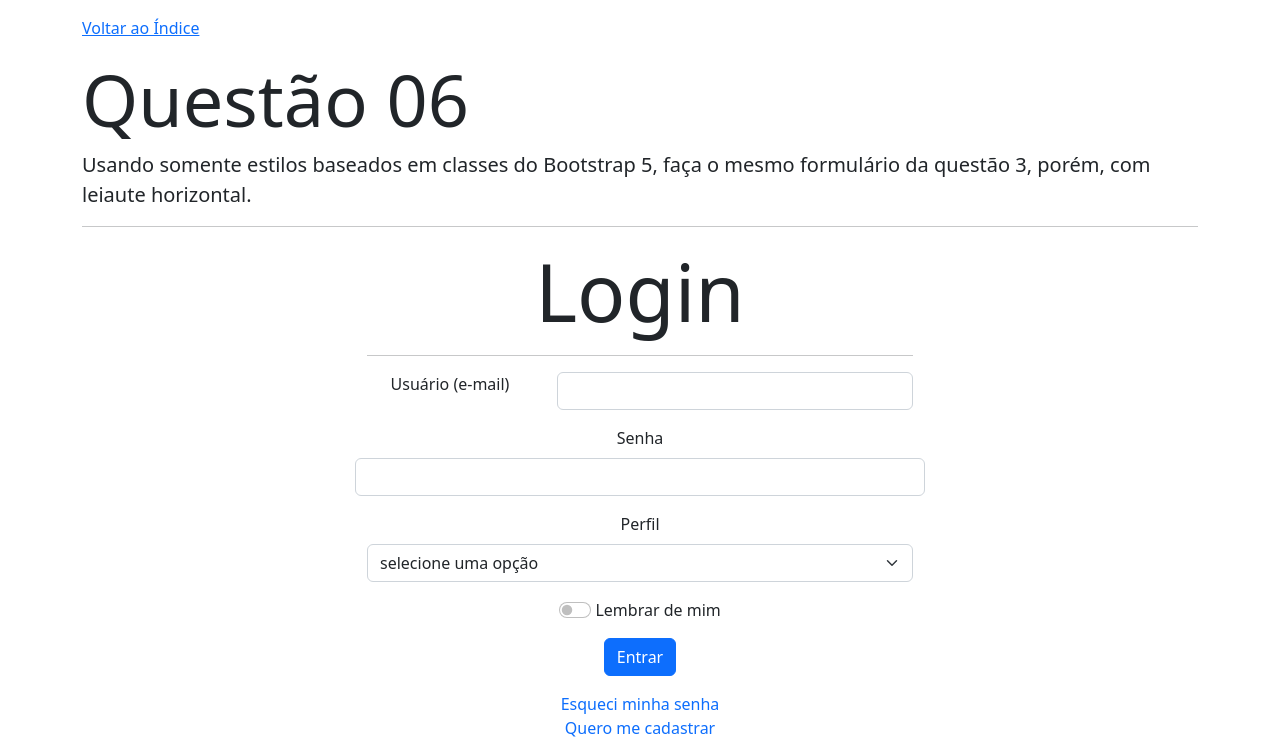
Repository: In-Game-full/Reprograme-se
Page: S-8/Atividade-Pratica-da-Semana-3-do-Replit/questao06.html
These files come from the project's save history. The page is drawn as it stood at one moment and after the next save; the edit follows.
The browser window is 1280 px wide. The pictures show the whole page.

Above is the page before, as saved 2023-09-12 15:09:07.

### S-8/Atividade-Pratica-da-Semana-3-do-Replit/questao06.html
<!DOCTYPE html>
<html lang="pt-br">

<head>
    <meta charset="UTF-8">
    <meta http-equiv="X-UA-Compatible" content="IE=edge">
    <meta name="viewport" content="width=device-width, initial-scale=1.0">
    <link href="https://cdn.jsdelivr.net/npm/bootstrap@5.2.2/dist/css/bootstrap.min.css" rel="stylesheet">
    <link href="https://cdn.jsdelivr.net/npm/bootstrap-icons@1.10.2/font/bootstrap-icons.css" rel="stylesheet">
    <script src="https://cdn.jsdelivr.net/npm/bootstrap@5.2.2/dist/js/bootstrap.bundle.min.js"></script>
    <title>Questão 06</title>
</head>

<body>
    <div class="container my-3">
        <p><a href="index.html">Voltar ao Índice</a></p>
        <h1 class="display-2">Questão 06</h1>
        <p class="lead">Usando somente estilos baseados em classes do Bootstrap 5, faça o mesmo formulário da questão 3,
            porém, com leiaute horizontal.</p>
        <hr>
    </div>
    <!-- Valor: 1.5 pontos -->
    <!-- FAZER AQUI -->
    <div class="container">
        <div class="row justify-content-center">
            <div class="col-6 text-center">
                <h1 class="display-1">Login</h1>
                <hr>
                <form action="">
                    <div class="row mb-3">
                        <div class="col-4">
                        <label for="usuario" cass="col-form-label">Usuário (e-mail)</label>
                        </div>
                        <div class="col">
                            <input type="text" id="usuario" class="form-control">
                        </div>
                    </div>
                    <div class="row mb-3">
                        <div class="col-4"></div>
                        <label for="senha" class="form-label">Senha</label>
                        <input type="text" id="senha" class="form-control">
                    </div>
                    <div>
                        <label for="" class="form-label">Perfil</label>
                        <div class="col mb-3">
                            <select name="" id="" class="form-select form-select">
                                <option value="" selected disabled>selecione uma opção</option>
                                <option value="">Administrador</option>
                                <option value="">Gerente</option>
                                <option value="">Usuário</option>
                            </select>
                        </div>
                    </div>
                    <div class="mb-3 form-switch">
                        <input type="checkbox" id="lembrar" class="form-check-input">
                        <label for="lembrar" class="form-check-label">Lembrar de mim</label>
                    </div>
                    <button type="submit" class="btn btn-primary mb-3">Entrar</button>
                    <div class="mb-0">
                        <a href="#" class="text-decoration-none">Esqueci minha senha</a>
                    </div>
                    <div>
                        <a href="#" class="text-decoration-none">Quero me cadastrar</a>
                    </div>
                </form>
            </div>
        </div>
    </div>
</body>

</html>

After the next save:
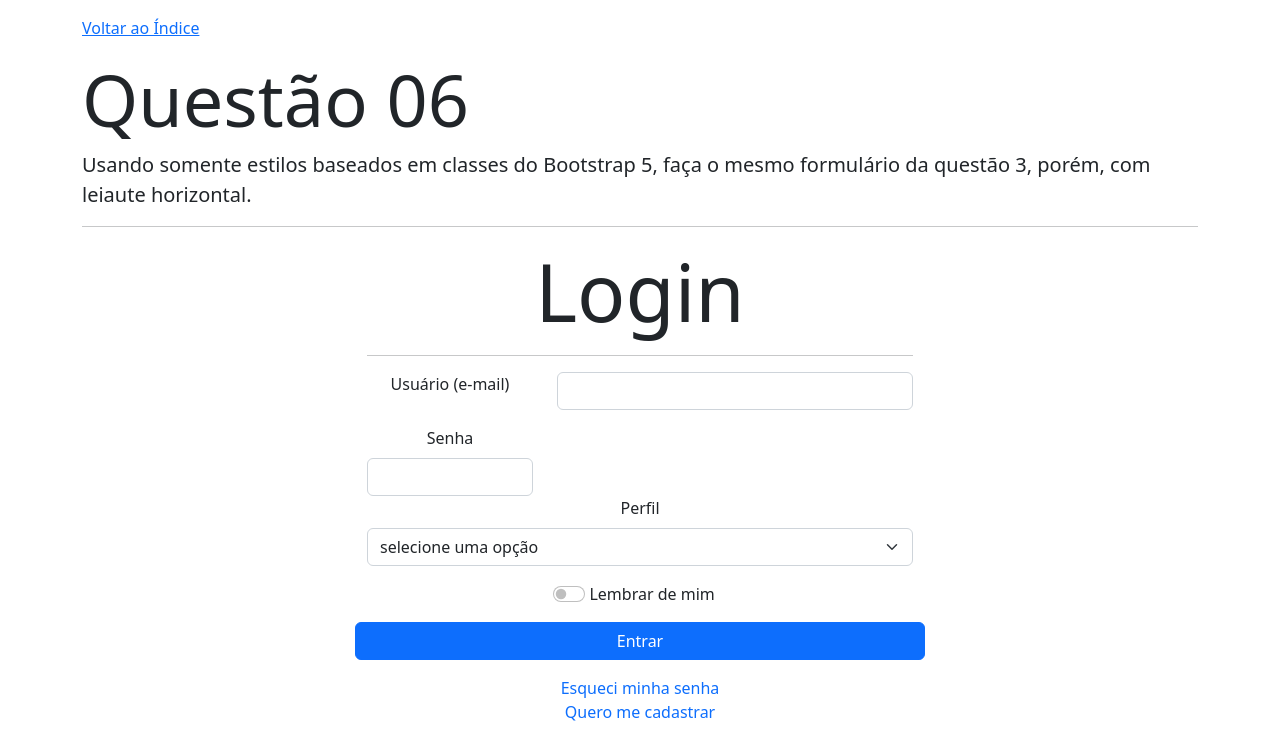
Saved 4 s later.
--- a/S-8/Atividade-Pratica-da-Semana-3-do-Replit/questao06.html
+++ b/S-8/Atividade-Pratica-da-Semana-3-do-Replit/questao06.html
@@ -36,7 +36,7 @@
                         </div>
                     </div>
                     <div class="row mb-3">
-                        <div class="col-4"></div>
+                        <div class="col-4">
                         <label for="senha" class="form-label">Senha</label>
                         <input type="text" id="senha" class="form-control">
                     </div>

After the 2 saves that followed:
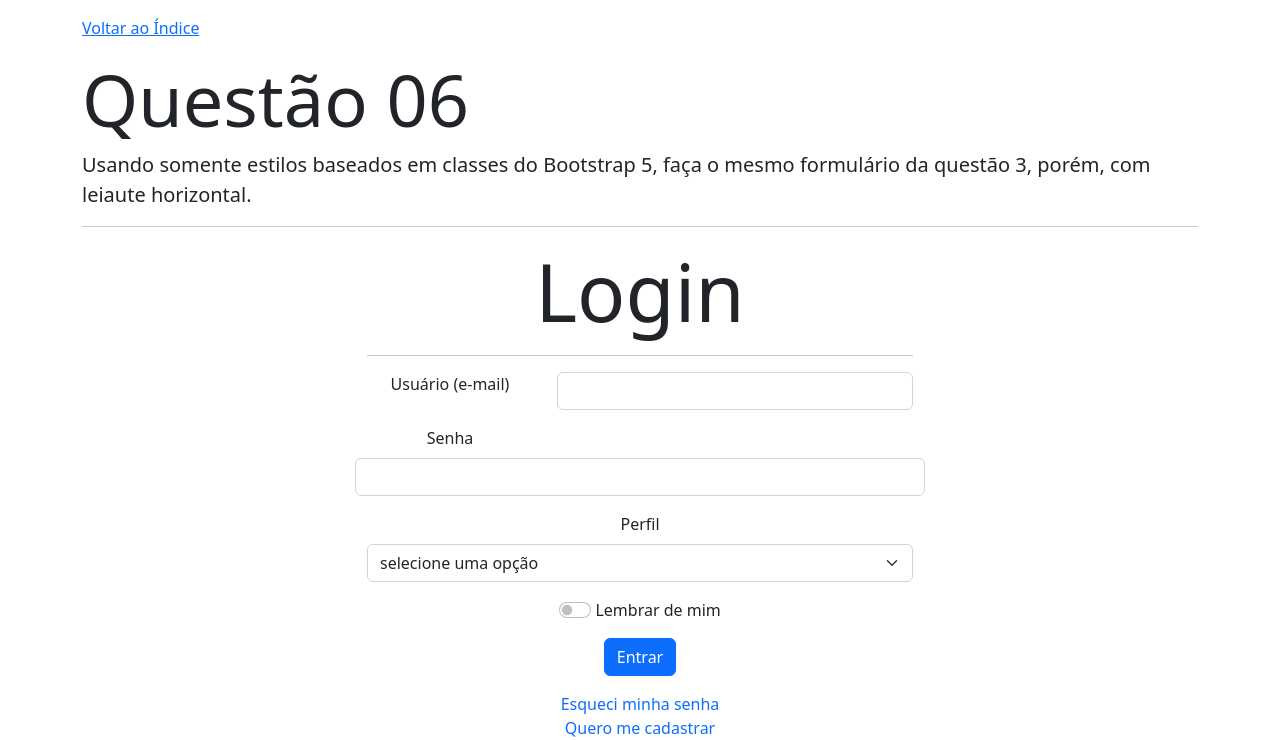
The 2 saves are shown as one change because they came seconds apart.
The last was saved 6 s later.
--- a/S-8/Atividade-Pratica-da-Semana-3-do-Replit/questao06.html
+++ b/S-8/Atividade-Pratica-da-Semana-3-do-Replit/questao06.html
@@ -29,7 +29,7 @@
                 <form action="">
                     <div class="row mb-3">
                         <div class="col-4">
-                        <label for="usuario" cass="col-form-label">Usuário (e-mail)</label>
+                            <label for="usuario" cass="col-form-label">Usuário (e-mail)</label>
                         </div>
                         <div class="col">
                             <input type="text" id="usuario" class="form-control">
@@ -37,7 +37,8 @@
                     </div>
                     <div class="row mb-3">
                         <div class="col-4">
-                        <label for="senha" class="form-label">Senha</label>
+                            <label for="senha" class="form-label">Senha</label>
+                        </div>
                         <input type="text" id="senha" class="form-control">
                     </div>
                     <div>
